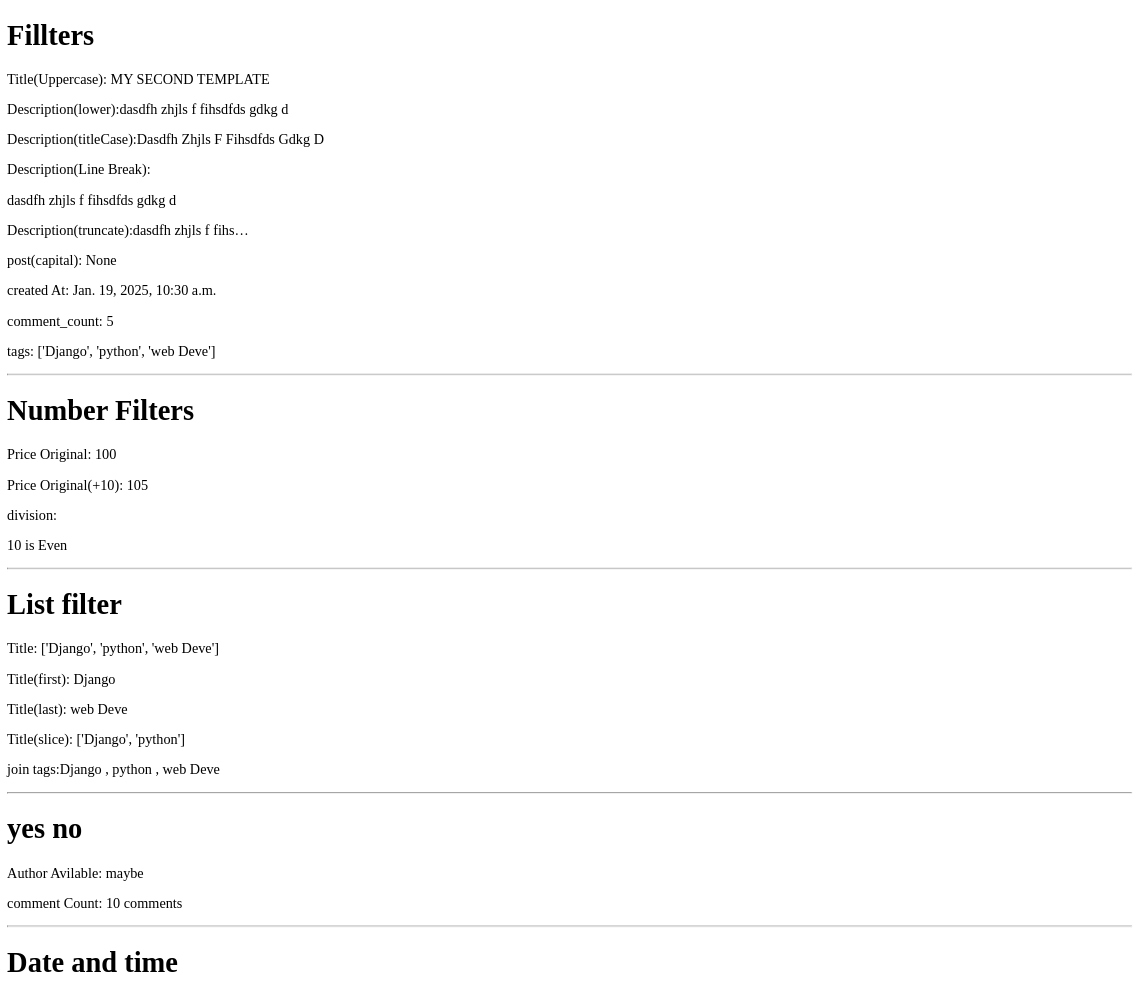
Repository: samratpoudel444/MVT-python
Page: http://localhost/home/
These files come from the project's save history. The page is drawn as it stood at one moment and after the next save; the edit follows.
The browser window is 1280 px wide. The pictures show the whole page, at 89% of full size.
The page is served by the project's application, run on Django 5.2 (templatesFilters/manage.py). Other server files are loaded and not shown.

Above is the page before, as saved 2025-12-23 14:27:52.

### templatesFilters/blog/templates/blog/home.html
<!DOCTYPE html>
<html lang="en">
<head>
    <meta charset="UTF-8">
    <meta name="viewport" content="width=device-width, initial-scale=1.0">
    <title>Templates #2</title>
</head>
<body>
    <h1>Fillters</h1>
    <p>Title(Uppercase): {{post.title | upper}}</p>
    <p>Description(lower):{{post.description | lower}}</p>
    <p>Description(titleCase):{{post.description | title}}</p>
    <p>Description(Line Break):{{post.description | linebreaks}}</p>
    <p>Description(truncate):{{post.description | truncatechars:20}}</p>
    <p>post(capital): {{post.author | capfirst }}</p>
    <p>created At: {{post.created_at}}</p>
    <p>comment_count: {{post.comment_count}}</p>
    <p>tags: {{post.tags}}</p>

    <hr>

    <h1>Number Filters</h1>
    <p>Price Original: {{post.price}}</p>
    <p>Price Original(+10): {{post.price | add:5}}</p>
    <p>division:</p>
    {% if post.number|divisibleby:2 %}
    <p>{{post.number}} is Even</p>
    {% else %}
    <p>{{post.number}} is odd</p>
        {% endif %}
    <p></p>

    <hr>
    <h1>List filter</h1>
 <p>Title: {{post.tags}}</p>
 <p>Title(first): {{post.tags|first}}</p>
  <p>Title(last): {{post.tags|last}}</p>
  <p>Title(slice): {{post.tags|slice:"2"}}</p>
  <p>join tags:{{post.tags|join:" , "}}</p>

  <hr>
  <h1>yes no</h1>
  <p>Author Avilable:{{post.author|yesno:"yes, no, maybe"}}</p>
  <p>
    comment Count: {{post.count}} comment{{post.count|pluralize}}
    </p>

    <hr>
    <h1>Date and time</h1>
</body>
</html>

### templatesFilters/blog/views.py
from django.shortcuts import render
from datetime import datetime
# Create your views here.
def blog_details(request):
    post={
        "title":"My second Template",
        "description":"dasdfh zhjls f fihsdfds  gdkg d",
        "author":None,
        "created_at":datetime(2025,1,19,10,30),
        "comment_count":5,
        "tags":["Django","python","web Deve"],
        "price":100,
        "count":10,
        "number":10
    }
    return render(request, "blog/home.html", {"post":post})

### templatesFilters/templatesFilters/urls.py
"""
URL configuration for templatesFilters project.

The `urlpatterns` list routes URLs to views. For more information please see:
    https://docs.djangoproject.com/en/6.0/topics/http/urls/
Examples:
Function views
    1. Add an import:  from my_app import views
    2. Add a URL to urlpatterns:  path('', views.home, name='home')
Class-based views
    1. Add an import:  from other_app.views import Home
    2. Add a URL to urlpatterns:  path('', Home.as_view(), name='home')
Including another URLconf
    1. Import the include() function: from django.urls import include, path
    2. Add a URL to urlpatterns:  path('blog/', include('blog.urls'))
"""
from django.contrib import admin
from django.urls import path, include

urlpatterns = [
    path('admin/', admin.site.urls),
    path('', include("blog.urls"))
]

### templatesFilters/blog/urls.py
from django.urls import path
from . import views
urlpatterns=[
    path('home/', views.blog_details , name="test")
]

After the next save:
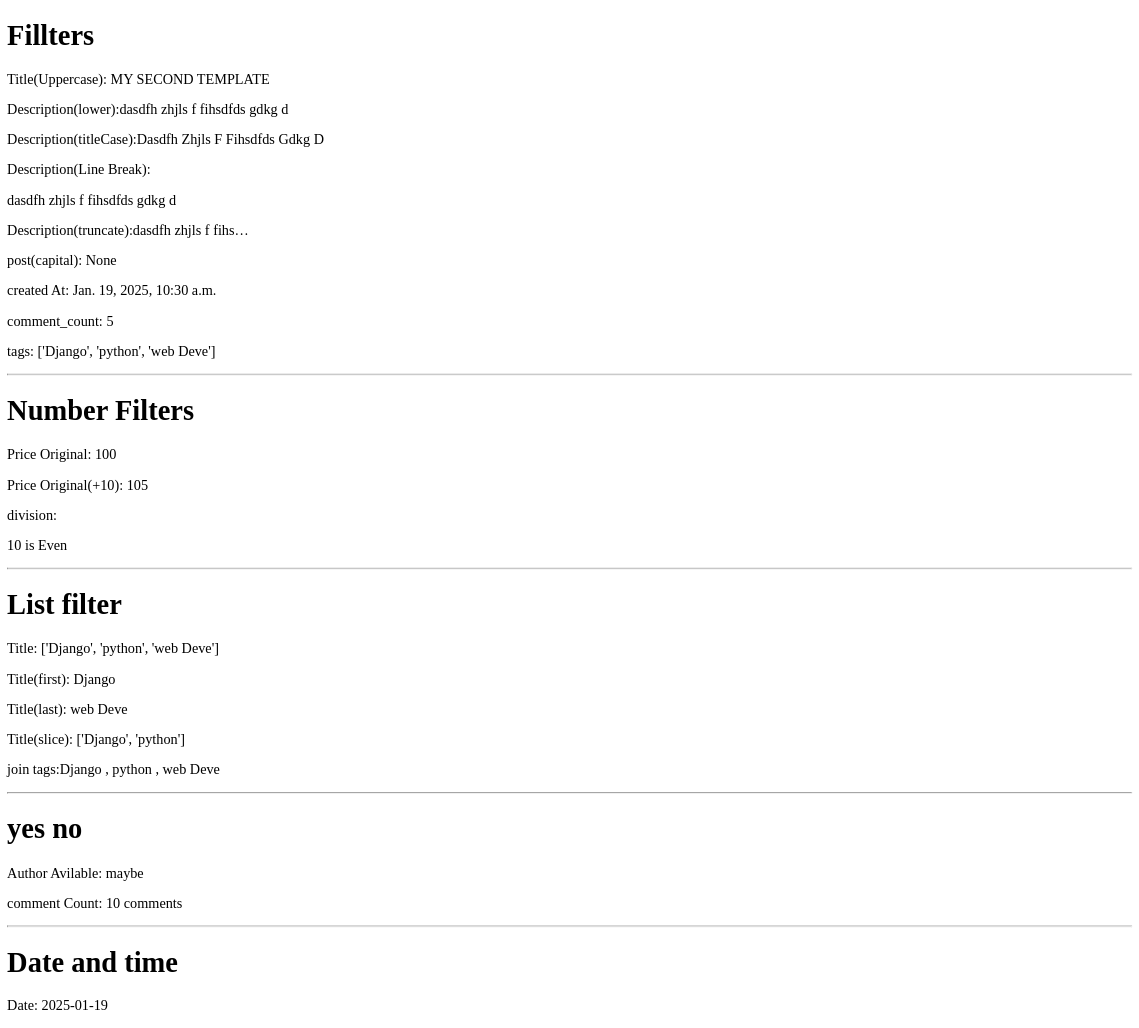
Saved 4 s later.
--- a/templatesFilters/blog/templates/blog/home.html
+++ b/templatesFilters/blog/templates/blog/home.html
@@ -47,5 +47,7 @@
 
     <hr>
     <h1>Date and time</h1>
+    <p>Date: {{ post.created_at|date:"Y-m-d" }}</p>
+
 </body>
 </html>
